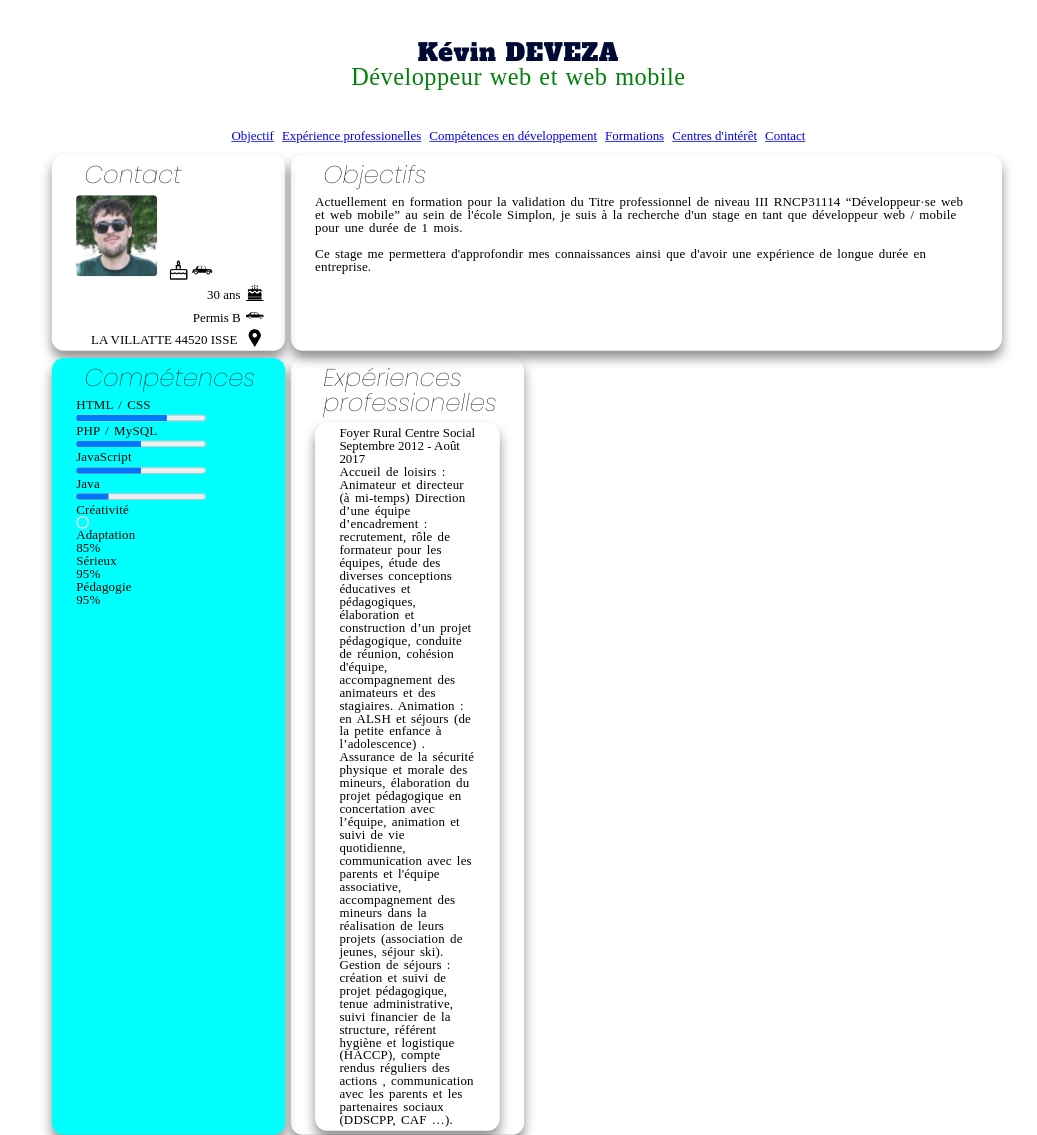
Repository: KevinDvZ/kevindvz.github.io
Page: index.html
The author's editor kept a copy of each file at every save. The page is drawn from the files as they stood at one save, then again after the next save.
The browser window is 1280 px wide. The pictures show the whole page, at 81% of full size.

Above is the page before, as saved 2020-10-30 17:49:41.

After the next save:
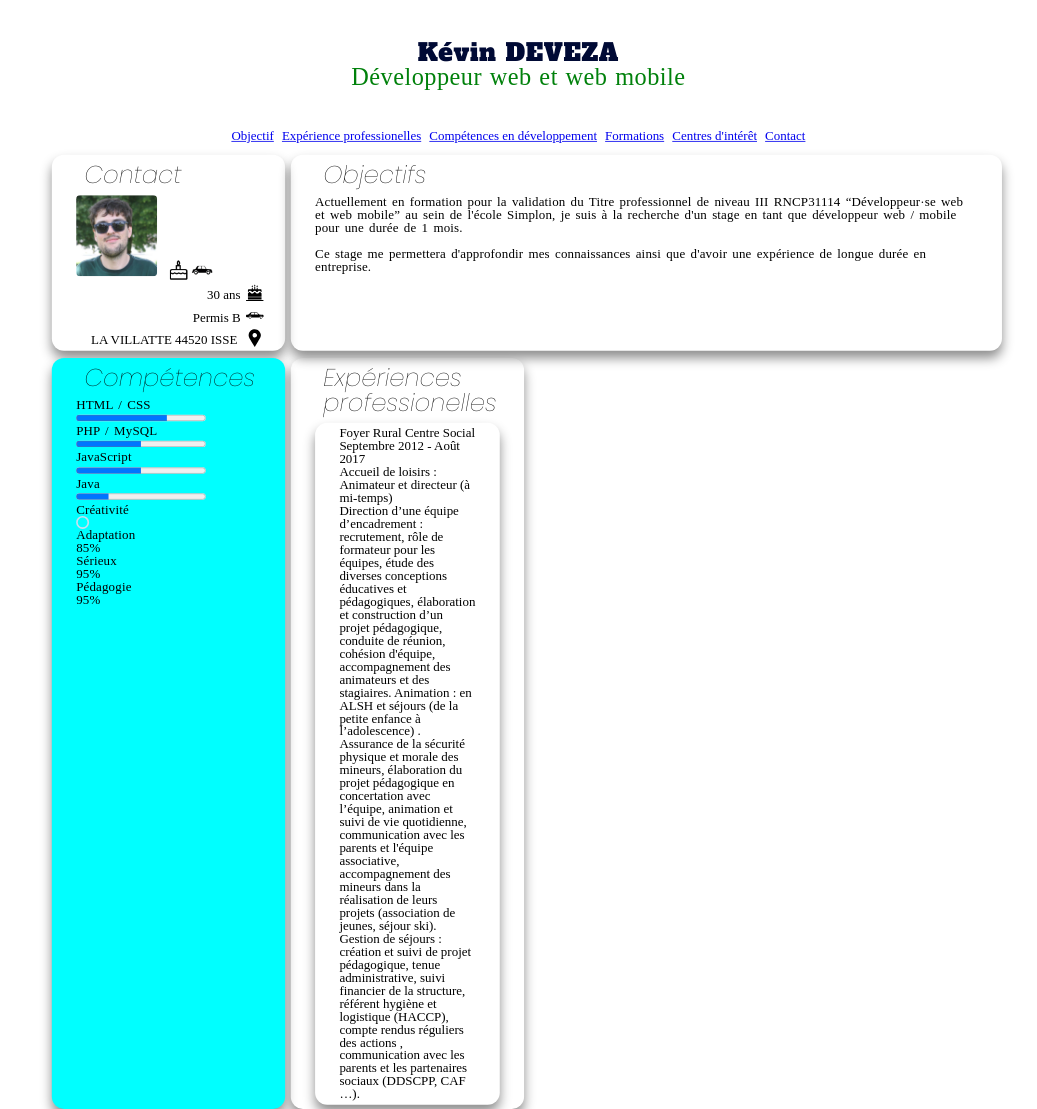
Saved 3 min 46 s later.
--- a/index.html
+++ b/index.html
@@ -87,7 +87,8 @@
             <div class="cadre">
                 <h2 class="entreprise">Foyer Rural Centre Social</h2>
                 <h3 class="dates">Septembre 2012 - Août 2017</h3>
-                <p class="experience">Accueil de loisirs : Animateur et directeur (à mi-temps)
+                <p class="experience">
+                    <H4>Accueil de loisirs : Animateur et directeur (à mi-temps)</H4>
                     Direction d’une équipe d’encadrement : recrutement, rôle de formateur pour les équipes, étude des diverses conceptions éducatives et pédagogiques, élaboration et construction d’un projet pédagogique, conduite de réunion, cohésion d'équipe, accompagnement des animateurs et des stagiaires.
                     Animation : en ALSH et séjours (de la petite enfance à l’adolescence) . Assurance de la sécurité physique et morale des mineurs, élaboration du projet pédagogique en concertation avec l’équipe, animation et suivi de vie quotidienne, communication avec les parents et l'équipe associative, accompagnement des mineurs dans la réalisation de leurs projets (association de jeunes, séjour ski).
                     Gestion de séjours : création et suivi de projet pédagogique, tenue administrative, suivi financier de la structure, référent hygiène et logistique (HACCP), compte rendus réguliers des actions , communication avec les parents et les partenaires sociaux (DDSCPP, CAF …).</p>
